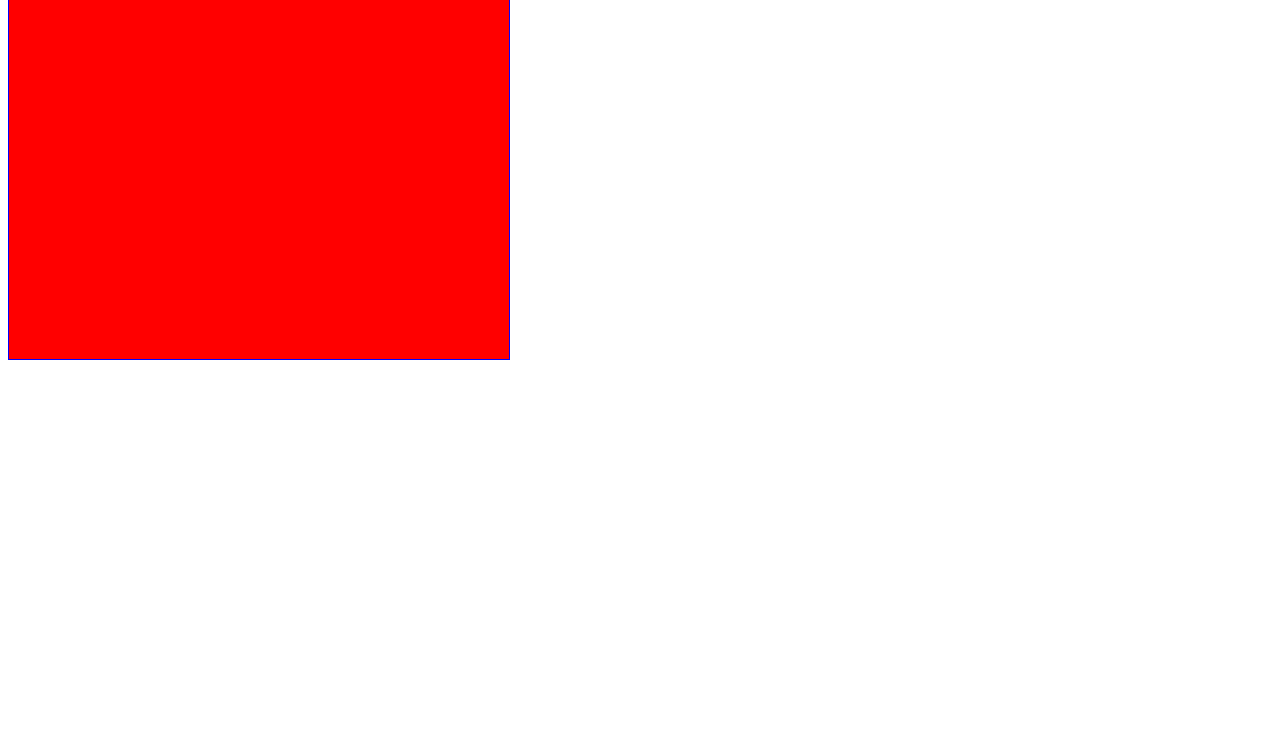
Repository: piyushiso/piyushiso.github.io
Page: random/daynight/index.html
These files come from the project's save history. The page is drawn as it stood at one moment and after the next save; the edit follows.
The browser window is 1280 px wide. The page is 1288 px wide, so the pictures cover 1288 px, including what lies to the right of the window. The pictures show the whole page.

Above is the page before, as saved 2022-05-23 16:01:53.

After the next save:
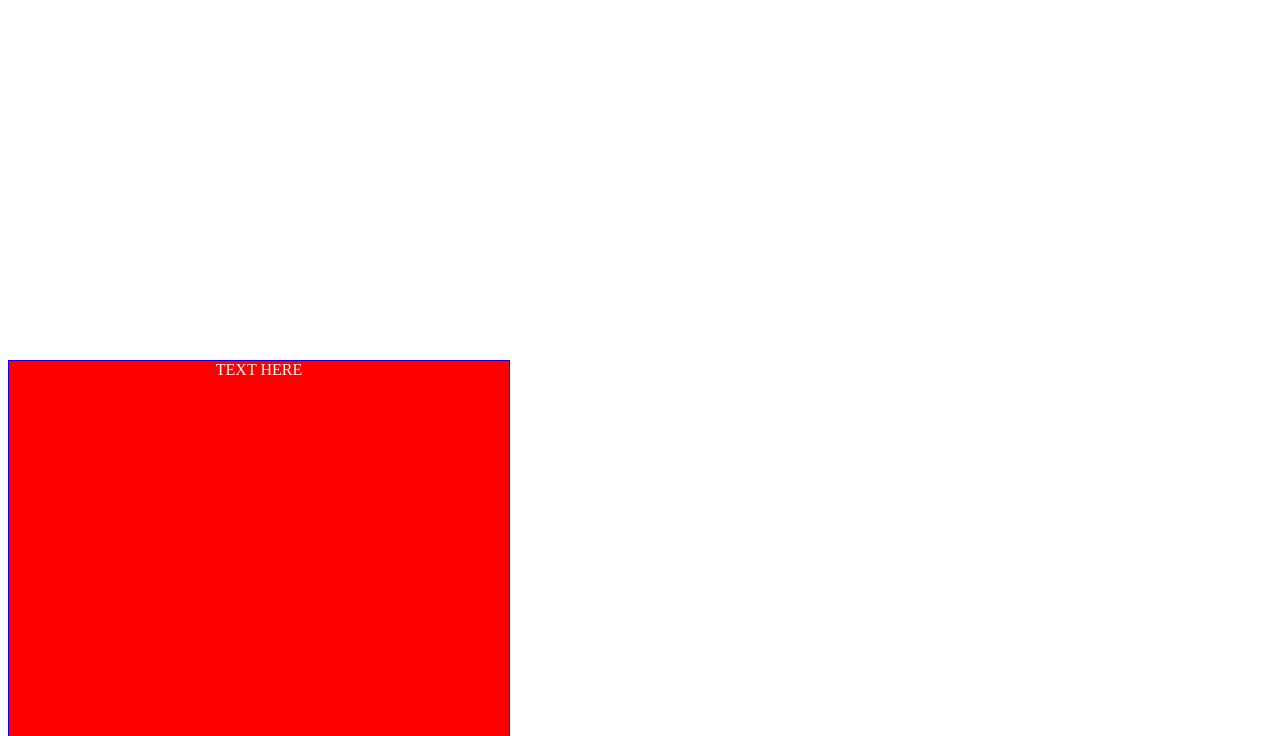
Saved 6 s later.
--- a/random/daynight/styles/style.css
+++ b/random/daynight/styles/style.css
@@ -10,7 +10,7 @@
     width: 500px;
     border: solid thin blue;
     position: absolute;
-    bottom: 50%;
+    top: 50%;
     text-align: center;
     color: white;
 }
